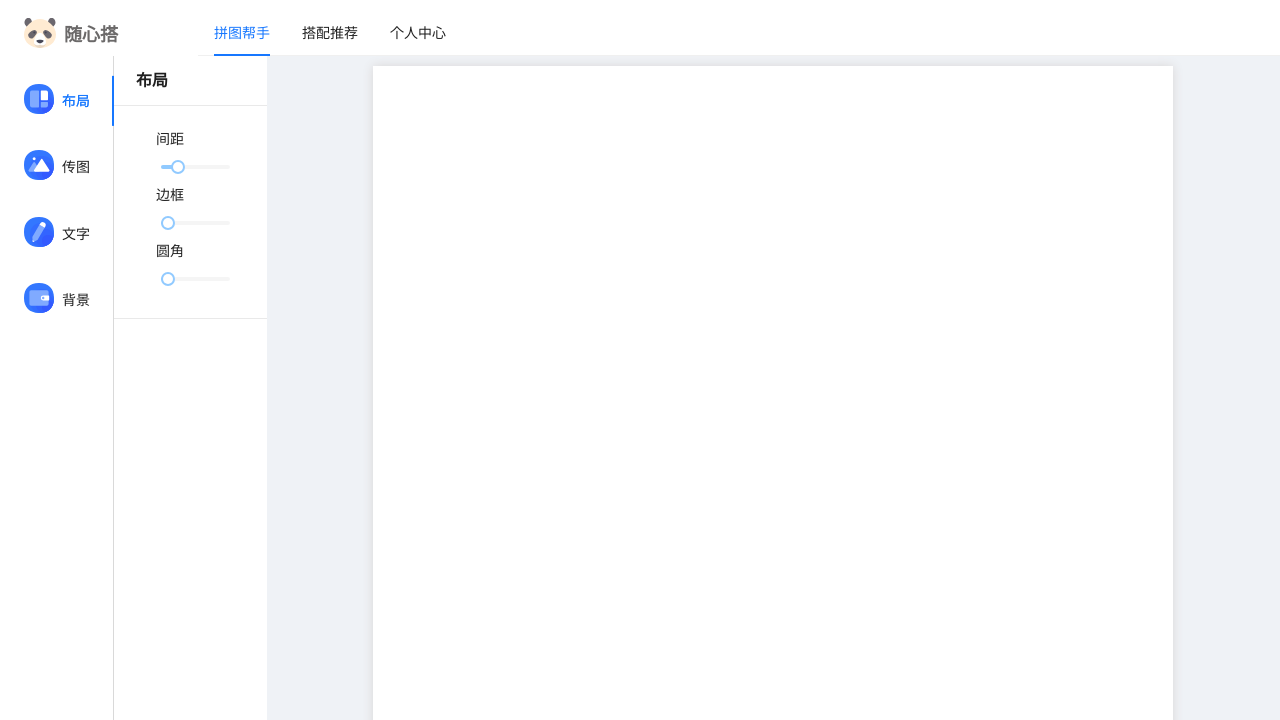
Repository: zzq1101921989/low-code
Page: /
The author's editor kept a copy of each file at every save. The page is drawn from the files as they stood at one save, then again after the next save.
The browser window is 1280 px wide. The pictures show the whole page.
The project was rebuilt for these pictures with package versions that can differ from the ones it lists, and the page was loaded fresh each time. Also part of the build but not shown: vite.config.ts, src/pages/admin/index.tsx, src/components/icon/ClothesIcon.tsx, src/components/icon/HairIcon.tsx, src/components/icon/PantsIcon.tsx, src/components/icon/ShoeIcon.tsx, src/pages/recommend/index.tsx.

Above is the page before, as saved 2023-06-01 21:09:23.

After the next save:
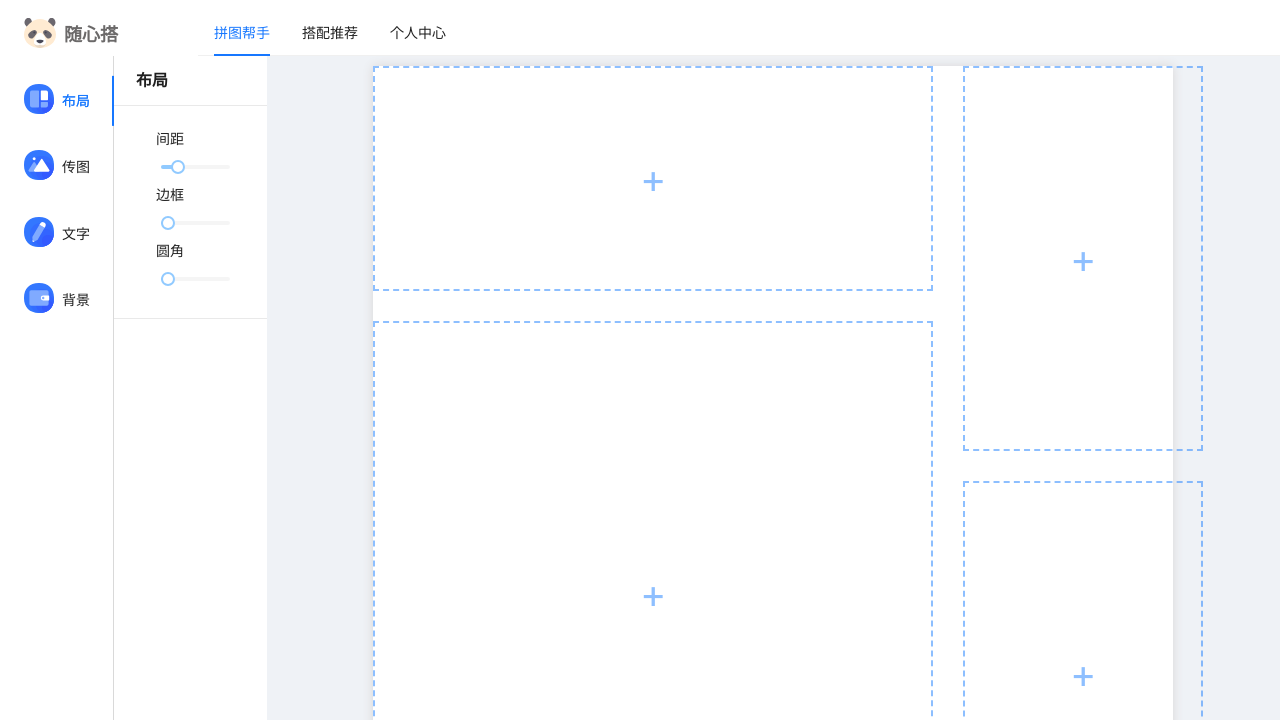
Saved 34 s later.
--- a/src/pages/home/features/DrawImage/index.tsx
+++ b/src/pages/home/features/DrawImage/index.tsx
@@ -254,8 +254,8 @@ const DrawImage: FC<DrawImageProps> = (props) => {
             children,
             currnetW,
             currnetH,
-            currnetW,
-            currnetH,
+            occupyW,
+            occupyH,
             direction
           )
         );
